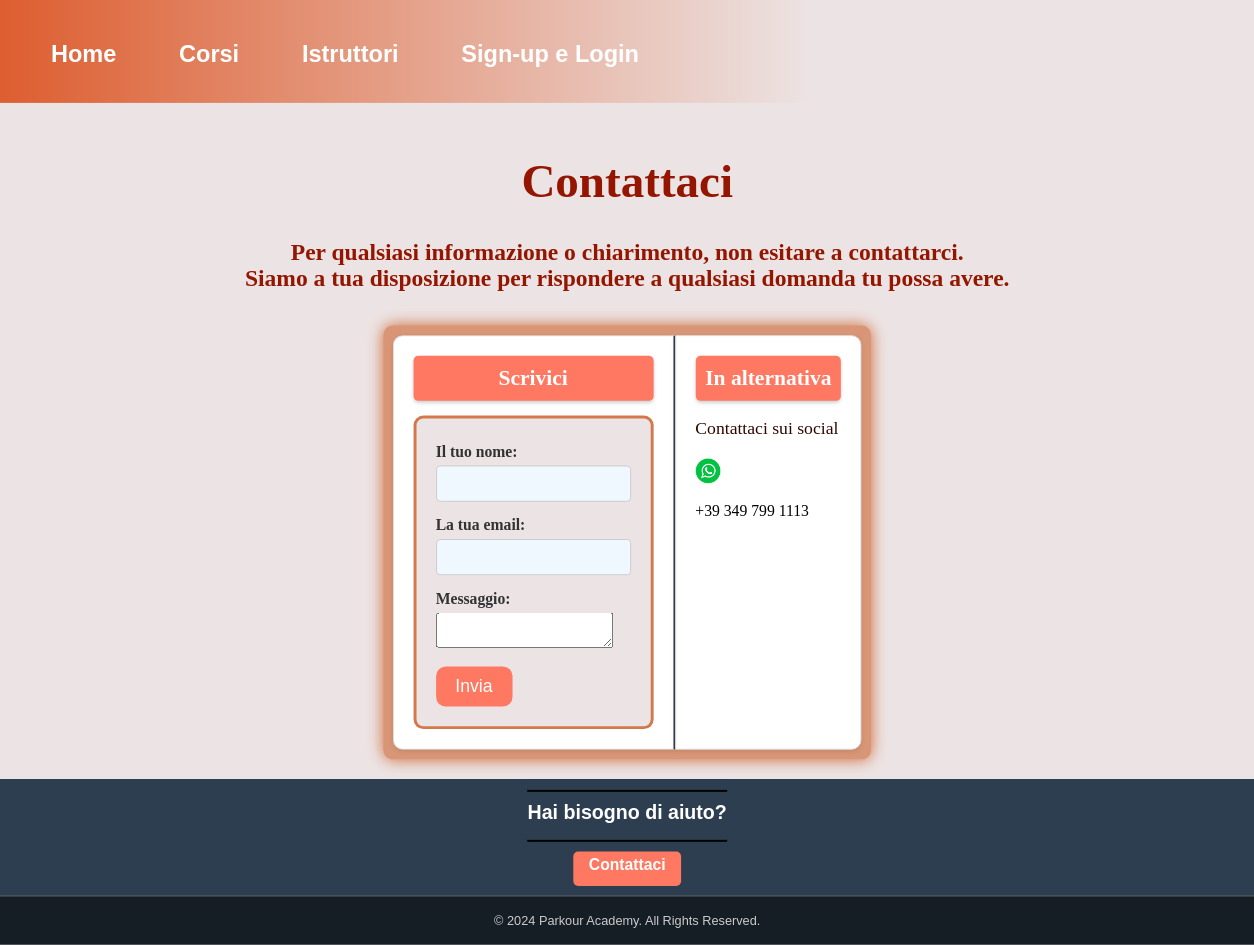
Repository: GiuuGpEEp/TerzoAnnoUni
Page: http://localhost/ContactUs/contact.php
An editor plug-in stored every save of this project. The page is shown before and after the next save, followed by the edit.
The browser window is 1280 px wide. The pictures show the whole page, at 98% of full size.
The page is run by PHP 8.4 with error messages shown; the project is at /var/www/html/.

Above is the page before, as saved 2025-01-16 17:07:27.

### SAW/Esercizi/Progetto/ContactUs/contact.php
<!DOCTYPE html>
<html lang="it">
<head>
    <title>PA - Contattaci</title>
    <link rel="icon" href="../Logo32.ico" type="image/x-icon">
    <link rel="stylesheet" type="text/css" href="contactStyle.css">
</head>
<body>
    <div class="wrapper">
        <header class="header">
            <?php include '../Navbar/navbar.php'; ?>
        </header>
        <div class="content">
            <div class="title">
                <h1>Contattaci</h1>
                <p>Per qualsiasi informazione o chiarimento, non esitare a contattarci. <br>
                Siamo a tua disposizione per rispondere a qualsiasi domanda tu possa avere.</p>
            </div>
            <div class="contactANDForm">
                <div class="formSection" id="messageFormSection">
                    <div class="formTitle">Scrivici</div>
                    <form class="messageForm" action="contactForm.php" method="post">
                        <label for="name">Il tuo nome:</label>
                        <input type="text" id="name" name="name" required>
                        <label for="email">La tua email:</label>
                        <input type="email" id="email" name="email" required>
                        <label for="message">Messaggio:</label>
                        <textarea id="message" name="message" required></textarea>
                        <div>
                            <input type="submit" class="button" value="Invia">
                        </div>
                    </form>
                </div>
                <div class="formSection" id="contactSection">
                    <div class="formTitle">In alternativa</div>
                    <div class="contactInfo">
                        <p class="contactText"> Contattaci sui social </p>
                        <div class="whatsapp">
                            <img src= whatsappLogo.png alt="whatsapp" class="waLogo" width="25" height="25">
                            <p class="waText">+39 349 799 1113</p>
                        </div>
                        <div class="facebook">

                        </div>
                    </div>
                </div>
            </div>
        </div>
        <?php include '../Footer/footer.php'; ?>
    </div>
</body>

</html>

### SAW/Esercizi/Progetto/NavBar/NavBar.php
<?php
    if (session_status() === PHP_SESSION_NONE) {
        session_start();
    }
?>

<style>
        .menu {
        display: flex;
        margin-left: auto;
        min-height: 40px;
        max-width: 100%;
        align-items: center;
        background: linear-gradient(to left, transparent 35%, #dd5e30 );
    }

    #main-menu {
        display: flex;
        flex-wrap: wrap;
        font-weight: bold;
        font-size: 32px; /* Increased */
        font-family: Montserrat, sans-serif;
        justify-content: flex-end;
        align-items: center;
        margin-right: 20px;
        margin-left: 20px;
        padding: 0;
        list-style: none;
    }


    .menu-item {
        position: relative;
        margin: 0 20px;
        border: 2px solid transparent;
        border-radius: 5px;
        transition: all 200ms ease-in-out;
    }

    .menu-item:hover {
        border-color: white;
    }

    .menu-link {
        text-decoration: none;
        color: white;
        font-weight: bold;
        padding: 5px 10px;
        transition: color 200ms ease-in-out;
        font-size: 24px; /* Increased */
    }

    .menu-link:hover {
        color: #502915;
    }

    .menu-item.active {
        border-color: white;
    }

</style>

<script>
    function goHome(){
        window.location.href = "../index/index.php";
    }
</script>

<nav class="menu">
    <ul id="main-menu">
        <li class="menu-item">
            <a class="menu-link" onclick="goHome()">Home</a>
        </li>
        <li class="menu-item">
            <a class="menu-link" href="/corsi">Corsi</a>
        </li>
        <li class="menu-item">
            <a class="menu-link" href="/istruttori">Istruttori</a>
        </li>
        <li class="menu-item">
            <?php if(isset($_SESSION['username'])){
                echo "<a class='menu-link' href='../ShowProfile/show_profile.php'> Profilo </a>";
            }else{
                echo "<a class='menu-link' href='../Registration-login/Form.php'> Sign-up e Login </a>";
            }
            ?>
        </li>
    </ul>
</nav>

### SAW/Esercizi/Progetto/Footer/footer.php
<style>

    .Sfooter {
        color: #fff;
        text-align: center;
        font-family: Arial, sans-serif;
        margin: 0;
        width: 100%;
    }

    .footerContent {
        width: 100%;
        margin-bottom: 20px;
        background-color: #2c3e50;
        margin: 0;
        flex-shrink: 0;
    }

    #footerButton{
        font-size: 16px;
        font-weight: bold;
        padding: 5px;
        margin-top: 5px;
        margin-bottom: 10px;
        width: 100px;
        height: 25px;
        border-radius: 5px;
        float: none;
    }

    #footerTitle{
        position: relative;
        font-size: 20px;
        font-weight: bold;
        text-align: center;
        background-color: #2c3e50;
        display: inline-block;
    }

    #footerTitle::before, #footerTitle::after {
        content: "";
        display: inline-block;
        width: 100%;
        height: 2px;
        background-color: rgb(0, 0, 0);
    }

    #footerTitle::before{
        margin-bottom: 5px;
    }

    #footerCopy {
        font-size: 13px ;
        border-top: 1px solid #4a4a4a;
        padding: 4px;
        background-color: #151d25;
        color: #ccc;
    }

</style>

<footer class="Sfooter">
    <div class="footerContent">
        <p class="footerContent"><span id="footerTitle">Hai bisogno di aiuto?</span></p>
        <a id="footerButton" class="button" href="../ContactUs/contact.php" type="button">Contattaci</a>
    </div>
    <div id="footerCopy">
        <p>© 2024 Parkour Academy. All Rights Reserved.</p>
    </div>
</footer>

### SAW/Esercizi/Progetto/ContactUs/contactStyle.css
html, body {
    background-color: #ece4e4;
    height: 100%;
    margin: 0;
    padding: 0;
    box-sizing: border-box;
    display: flex;
    flex-direction: column;
}

.wrapper {
    display: flex;
    flex-direction: column;
    min-height: 100%;
}

.content {
    flex: 1;
    padding: 20px;
    text-align: center;
}

.title{
    font-size: 24px;
    font-weight: bold;
    color: #941600;
    margin-bottom: 20px;
}

.button {
    background-color: #ff7962; /* Arancione */
    border: none;
    color: white;
    text-align: center;
    text-decoration: none;
    display: inline-block;
    font-size: 18px;
    margin-top: 15px;
    border-radius: 10px;
    padding: 10px 20px;
    font-family: Montserrat, sans-serif;
    transition: background-color 0.3s ease;
}

.button:hover {
    background-color: #941600; /* Arancione scuro */
}

.formTitle {
    font-size: 22px;
    font-weight: bold;
    color: #555;
    text-align: center;
    margin-bottom: 15px;
    padding: 10px;
    background-color: #ff7962;
    color: white;
    border-radius: 5px;
    box-shadow: 0 2px 4px rgba(0, 0, 0, 0.2);
}

.contactANDForm{
    background-color: rgb(200,74,11,0.5);
    display: inline-flex;
    margin-top: 10px;
    text-align: justify;
    box-shadow: 0 0 15px rgba(200, 74, 11, 0.8);
    border-radius: 10px;
    padding: 10px;
}

.formSection {
    margin: 0px;
    padding: 20px;
    background-color: #ffffff;
    border: 1px solid #ddd;
    box-shadow: 0 2px 5px rgba(0, 0, 0, 0.1);
}

#messageFormSection{
    border-radius: 10px 0 0 10px;
    border-right: 2px solid #2c3e50;
}

.messageForm {
    width: 100%;
    padding: 20px;
    box-sizing: border-box;
    margin-right: 0px;
    border: 3px solid rgba(200, 74, 11, 0.7);
    background-color: #ece4e4;
    border-radius: 10px;
}

input[type="text"], input[type="password"], input[type="email"] {
    width: 100%;
    padding: 10px;
    border: 1px solid #ccc;
    border-radius: 4px;
    box-sizing: border-box;

   /* Include padding e border nella larghezza */
    margin-bottom: 10px;
    background-color: #f0f8ff;
}

label {
    display: block;
    margin-bottom: 5px;
    margin-top: 5px;
    color: #333;
    font-weight: bold;
}

textarea{
    resize: both;
    max-width: 200px;
    max-height: 50px;
}

#contactSection{
    border-radius: 0 10px 10px 0;
}

.contactText{
    font-size: 18px;
    color: #2f0701;
    margin-bottom: 20px;
    text-align: justify;
}

After the next save:
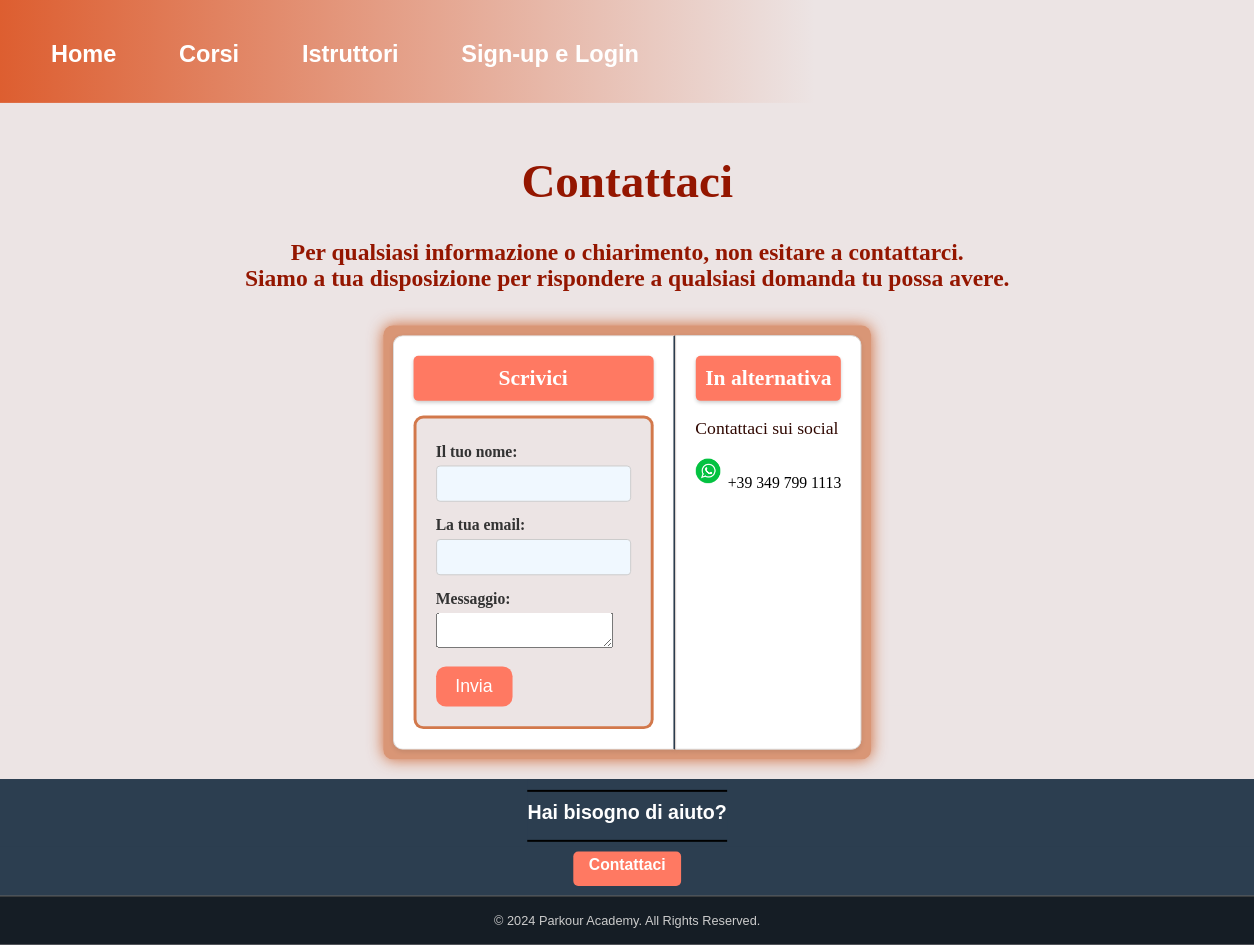
Saved 4 s later.
--- a/SAW/Esercizi/Progetto/ContactUs/contactStyle.css
+++ b/SAW/Esercizi/Progetto/ContactUs/contactStyle.css
@@ -128,3 +128,7 @@ textarea{
     margin-bottom: 20px;
     text-align: justify;
 }
+
+.waText{
+    float: right;
+}
